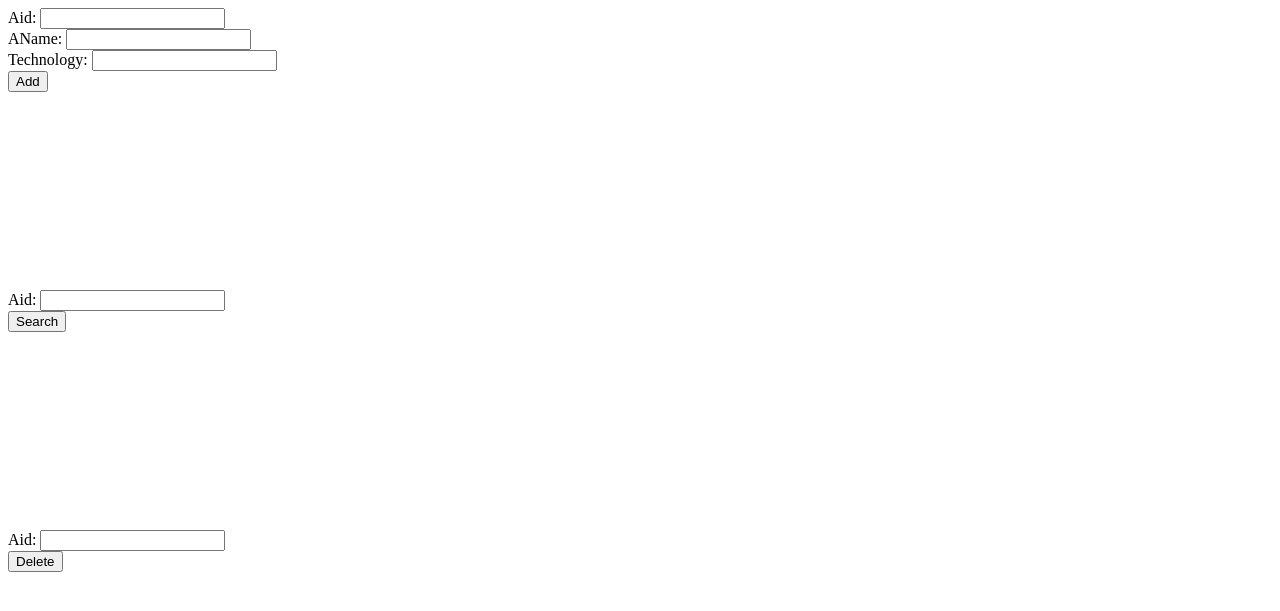
Repository: kjavvaji/SpringBoot
Page: http://localhost/SpringBootJPA2/home.jsp
An editor plug-in stored every save of this project. The page is shown before and after the next save, followed by the edit.
The browser window is 1280 px wide. The pictures show the whole page.
The page is served by Tomcat 9.

Above is the page before, as saved 2019-08-23 13:38:18.

After the next save:
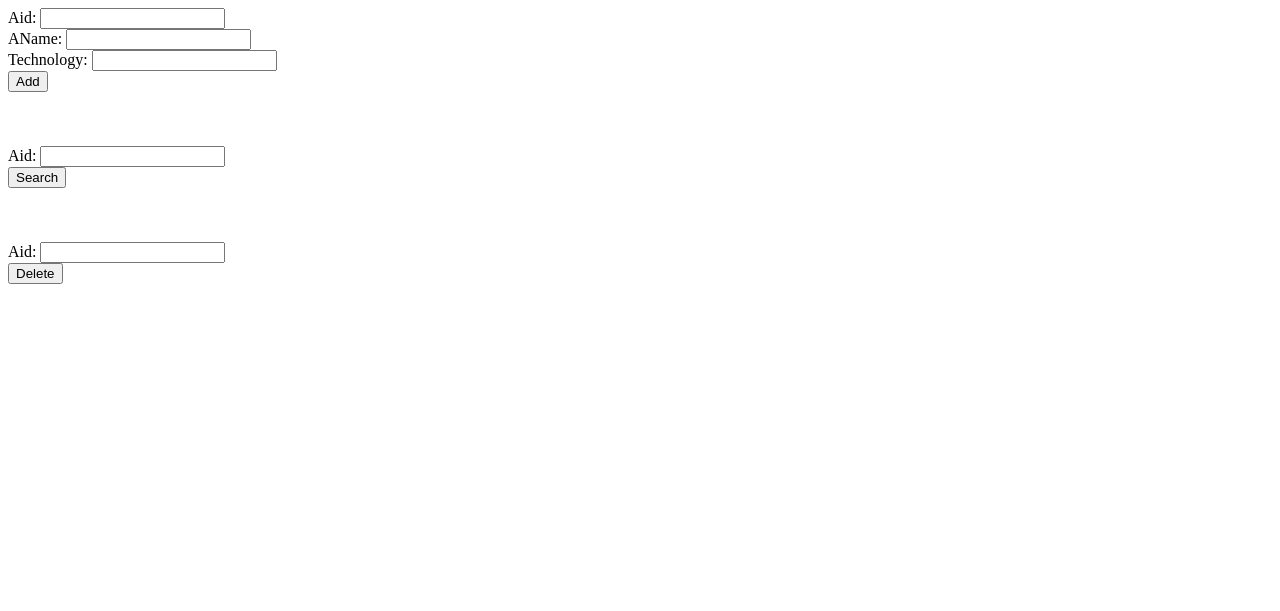
Saved 33 s later.
--- a/SpringBootJPA2/src/main/webapp/home.jsp
+++ b/SpringBootJPA2/src/main/webapp/home.jsp
@@ -13,14 +13,14 @@
 					  Technology:	 <input type="text" name ="tech"><br>
 				<input type="submit" value="Add">
 		</form>
-		<br><br><br><br><br><br><br><br><br><br><br>
+		<br><br><br>
 		<form action="getAlien">
 
 				      Aid:  <input type ="text" name ="aid"><br>
 
 					  <input type="submit" value="Search">
 		</form>
-		<br><br><br><br><br><br><br><br><br><br><br>
+		<br><br><br>
 		<form action="delAlien">
 
 				      Aid:  <input type ="text" name ="aid"><br>
